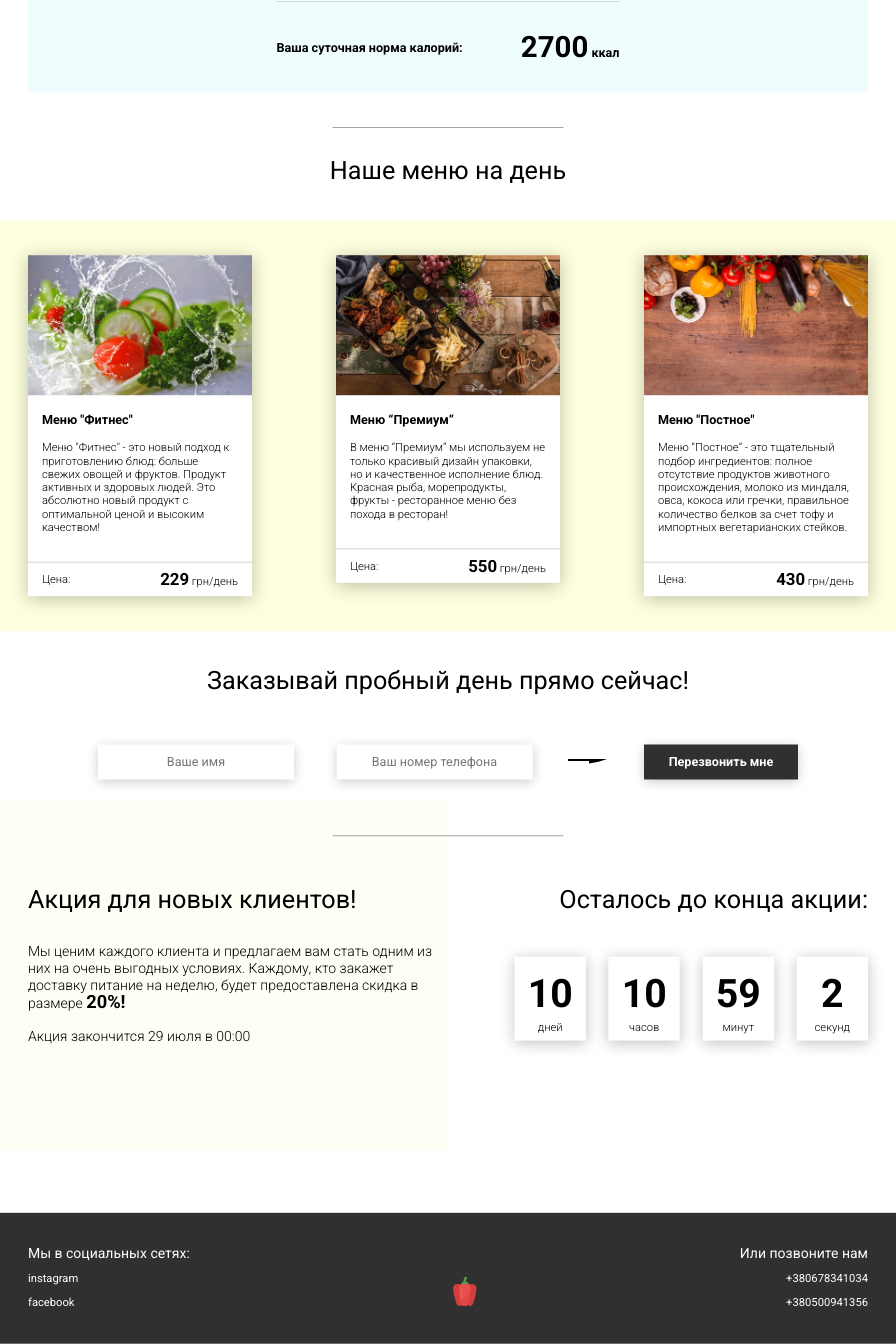
Repository: ne-comilfo/food
Page: index.html
An editor plug-in stored every save of this project. The page is shown before and after a run of saves, followed by the edit.
The browser window is 1280 px wide. The pictures show the part of the page from y = 2331 to 4251 px (the page is 4251 px tall), at 70% of full size.

Above is the page before, as saved 2025-07-23 13:01:38.

After the next 3 saves:
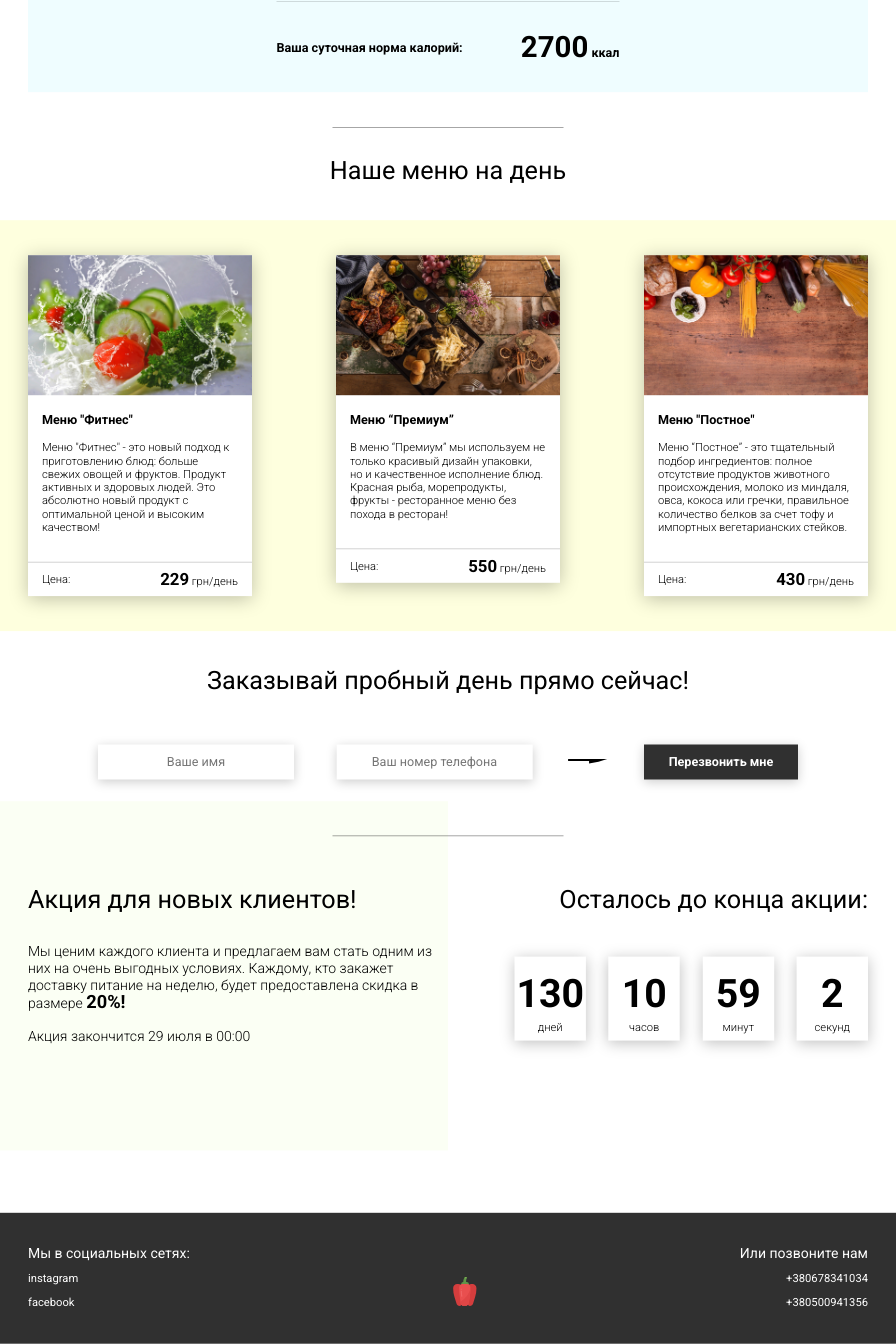
The 3 saves are shown as one change because they came seconds apart.
The last was saved 11 s later.
--- a/js/script.js
+++ b/js/script.js
@@ -53,7 +53,7 @@ document.addEventListener('DOMContentLoaded', () => {
             return;
         }
         const totalSeconds = Math.floor(diffData / 1000);
-        days.textContent =
+        days.textContent = Math.floor(totalSeconds / 3600 )
         hours.textContent = Math.floor(totalSeconds / (3600) % 24);
         minutes.textContent = Math.floor(totalSeconds / 60) % 60;
         seconds.textContent = totalSeconds % 60;
